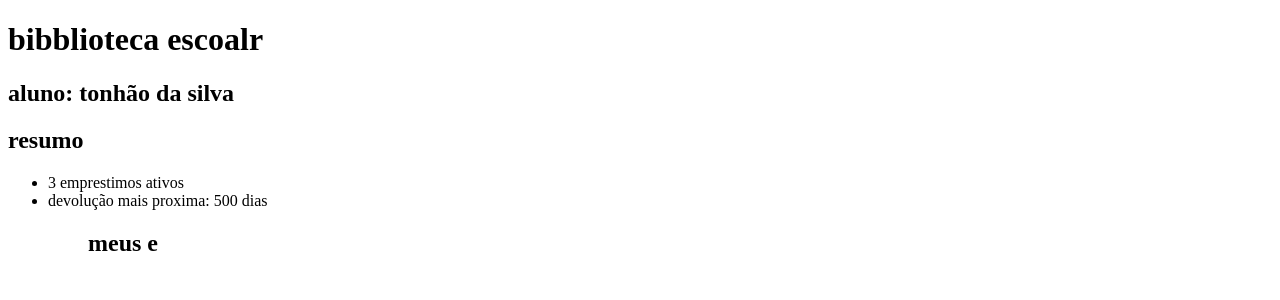
Repository: melloeduarda/html
Page: index.html
These files come from the project's save history. The page is drawn as it stood at one moment and after the next save; the edit follows.
The browser window is 1280 px wide. The pictures show the whole page.

Above is the page before, as saved 2026-10-28 15:13:50.

### index.html
<!DOCTYPE html>
<html lang = "pt-br">
<head>
    <meta charset = "UTF-8">
    <meta name = "viewport" content="widnt=device-width, initial -scale1.0">
    <title>Biblioteca Escolar</title>
    <link rel = "stylesheet" href="estilo.css">
    </head>
    <body>

<header>
    <h1>bibblioteca escoalr</h1>
    <h2>aluno: tonhão da silva</h2>
<header>

    <h2>resumo</h2>
    <ul>
        <li>3 emprestimos ativos</li>
        <li>devolução mais proxima: 500 dias</li>
    <ul>
<h2>meus e

Loaded but not shown: estilo.css (no copy from this time; the picture is the same without it)

After the next save:
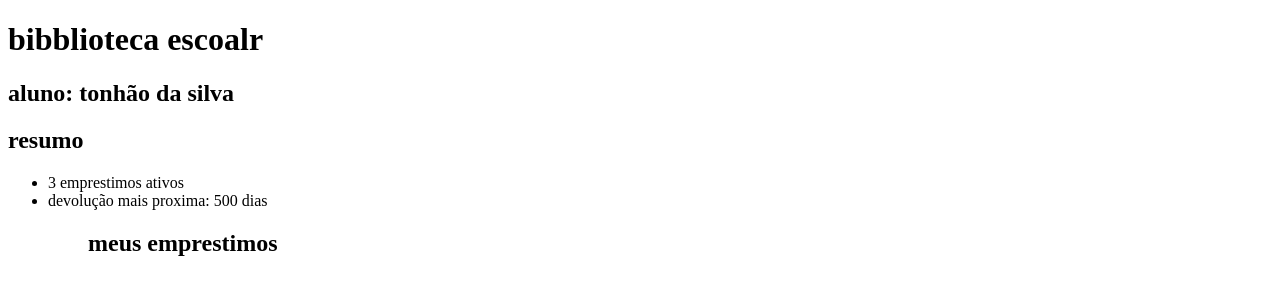
Saved 6 s later.
--- a/index.html
+++ b/index.html
@@ -18,4 +18,4 @@
         <li>3 emprestimos ativos</li>
         <li>devolução mais proxima: 500 dias</li>
     <ul>
-<h2>meus e
+<h2>meus emprestimos
